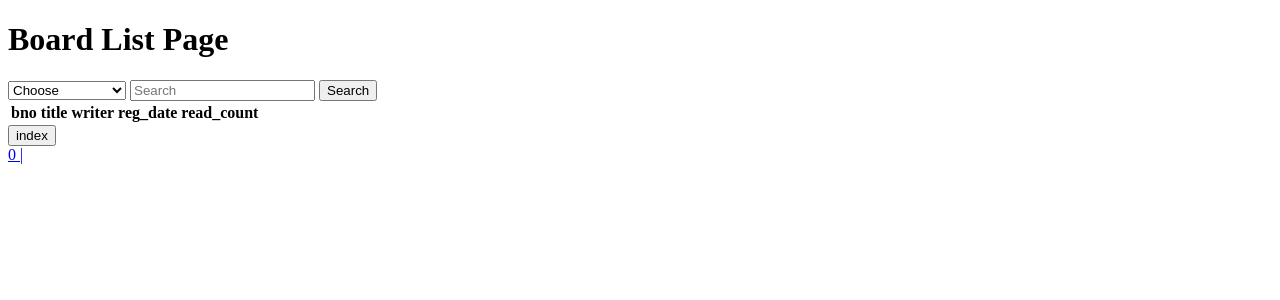
Repository: novemberjj/jsp
Page: http://localhost/jsp_project4/board/list.jsp
These files come from the project's save history. The page is drawn as it stood at one moment and after the next save; the edit follows.
The browser window is 1280 px wide. The pictures show the whole page.
The page is served by Tomcat 9. Other server files are loaded and not shown. The template is opened directly, without the code that normally fills it, so the values that code supplies are empty.

Above is the page before, as saved 2023-05-30 07:06:40.

### jsp_project4/jsp_project4/src/main/webapp/board/list.jsp
<%@ page language="java" contentType="text/html; charset=UTF-8"
    pageEncoding="UTF-8"%>
<%@ taglib uri="http://java.sun.com/jsp/jstl/core" prefix="c" %>
<!DOCTYPE html>
<html>
<head>
<meta charset="UTF-8">
<title>Board List Page</title>
</head>
<body>
<h1>Board List Page</h1>
<form action="/brd/page" method="post">
<div>
	<c:set value="${pgh.pgvo.type }" var="typed"></c:set>
	<select name="type">
		<option ${typed==null ? 'selected':'' }>Choose</option>
		<option value="t" ${typed eq 't' ? 'selected':'' }>title</option>
		<option value="w" ${typed eq 'w' ? 'selected':'' }>writer</option>
		<option value="c" ${typed eq 'c' ? 'selected':'' }>content</option>
		<option value="tc" ${typed eq 'tc' ? 'selected':'' }>title or content</option>
		<option value="tw" ${typed eq 'tw' ? 'selected':'' }>title or writer</option>
		<option value="cw" ${typed eq 'cw' ? 'selected':'' }>content or writer</option>
	</select>
	<input type="text" name="keyword" placeholder="Search">
	<input type="hidden" name="pageNo" value="${pgh.pgvo.pageNo }">
	<input type="hidden" name="qty" value="${pgh.pgvo.qty }">
	<button type="submit">Search</button>
</div>
</form>
<table class="table table-hover">
<tr>
<th>bno</th>
<th>title</th>
<th>writer</th>
<th>reg_date</th>
<th>read_count</th>
</tr>
<c:forEach items="${list }" var="bvo">
<tr>
<td>${bvo.bno }</td>
<td>
<c:if test="${bvo.image_file ne null }">
<img alt="없음" src="/_fileUpload/th_${bvo.image_file }">
</c:if>
<a href="/brd/detail?bno=${bvo.bno }">${bvo.title }</a>
</td>
<td>${bvo.writer }</td>
<td>${bvo.reg_date }</td>
<td>${bvo.read_count }</td>
</tr>
</c:forEach>
</table>
<a href="/"><button type="button">index</button> </a> <br>
<c:if test="${pgh.prev }">
<a href="/brd/page?pageNo=${pgh.startPage-1 }&qty=${pgh.pgvo.qty }&type=${pgh.pgvo.type }&keyword=${pgh.pgvo.keyword }"> 이전 </a>
</c:if>
<c:forEach begin="${pgh.startPage }" end="${pgh.endPage }" var="i">
<a href="/brd/page?pageNo=${i }&qty=${pgh.pgvo.qty}&type=${pgh.pgvo.type}&keyword=${pgh.pgvo.keyword}">${i } | </a>
</c:forEach>
<c:if test="${pgh.next }">
<a href="/brd/page?pageNo=${pgh.endPage+1 }&qty=${pgh.pgvo.qty}&type=${pgh.pgvo.type}&keyword=${pgh.pgvo.keyword}">다음</a>
</c:if>

</body>
</html>

After the next save:
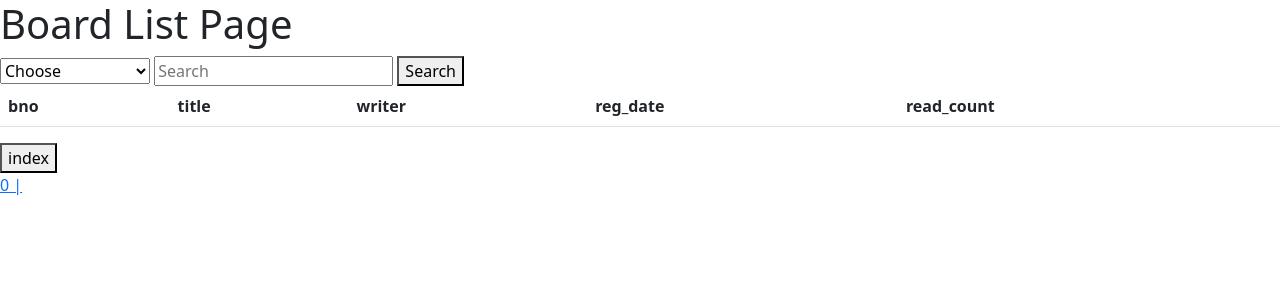
Saved 15 s later.
--- a/jsp_project4/jsp_project4/src/main/webapp/board/list.jsp
+++ b/jsp_project4/jsp_project4/src/main/webapp/board/list.jsp
@@ -6,8 +6,11 @@
 <head>
 <meta charset="UTF-8">
 <title>Board List Page</title>
+<link href="https://cdn.jsdelivr.net/npm/bootstrap@5.2.3/dist/css/bootstrap.min.css" rel="stylesheet" integrity="sha384-rbsA2VBKQhggwzxH7pPCaAqO46MgnOM80zW1RWuH61DGLwZJEdK2Kadq2F9CUG65" crossorigin="anonymous">
+
 </head>
 <body>
+<script src="https://cdn.jsdelivr.net/npm/bootstrap@5.2.3/dist/js/bootstrap.bundle.min.js" integrity="sha384-kenU1KFdBIe4zVF0s0G1M5b4hcpxyD9F7jL+jjXkk+Q2h455rYXK/7HAuoJl+0I4" crossorigin="anonymous"></script>
 <h1>Board List Page</h1>
 <form action="/brd/page" method="post">
 <div>
